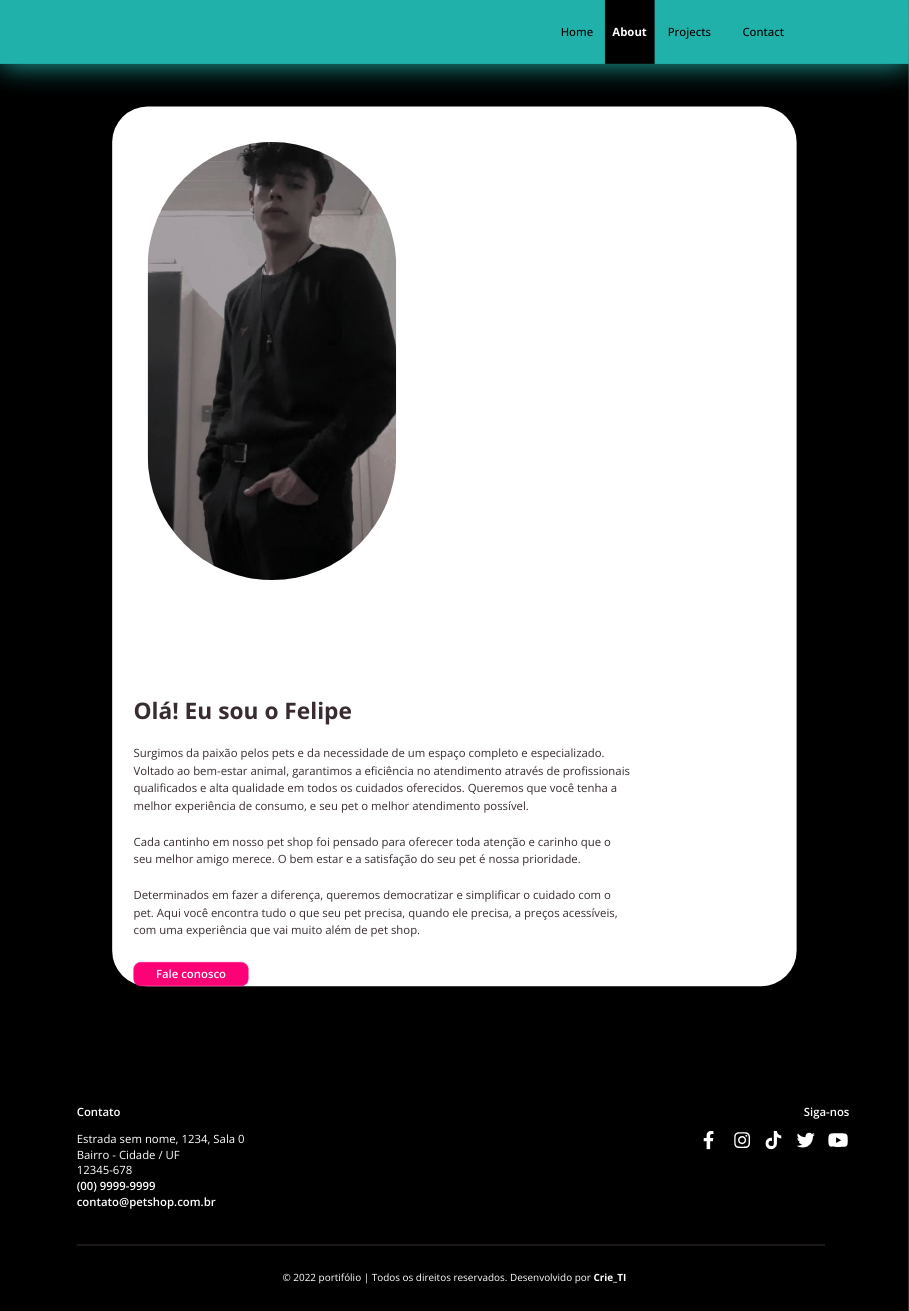
Repository: Fel1pit0/CRIE_TI
Page: Projetos/Portifólio/about.html
An editor plug-in stored every save of this project. The page is shown before and after a run of saves, followed by the edit.
The browser window is 1280 px wide. The pictures show the whole page, at 71% of full size.

Above is the page before, as saved 2022-05-25 14:55:25.

### Projetos/Portifólio/about.html
<!DOCTYPE html>
<html lang="en">
<head>
    <meta charset="UTF-8">
    <meta http-equiv="X-UA-Compatible" content="IE=edge">
    <meta name="viewport" content="width=device-width, initial-scale=1.0">
    <title>Portifólio</title>
    <link rel="stylesheet" href="styles.css">
    <link rel="preconnect" href="https://fonts.googleapis.com">
    <link rel="preconnect" href="https://fonts.gstatic.com" crossorigin>
    <link href="https://fonts.googleapis.com/css2?family=Roboto+Mono:wght@100&display=swap" rel="stylesheet">
</head>
<body>
    <header>
        <a href="index.html"></a>
        <nav class="pages">
          <div class="home-page"><a href="index.html">Home</a></div>
          <div class="about-page" style="background-color: black; color: #fff; font-weight: bold;"><a href="about.html">About</a></div>
          <div class="services-page"><a href="services.html">Projects</a></div>
          <div class="contact-page"><a href="contact.html">Contact</a></div>
        </nav>
    </header>

    <section id="about">
        <div>
          <img class="image-about" src="imagens/eu.jpeg" alt="minha-foto">
          <div class="desc-about">
            <h2>Olá! Eu sou o Felipe</h2>
            <p>Surgimos da paixão pelos pets e da necessidade de um espaço completo e especializado.<br/>
              Voltado ao bem-estar animal, garantimos a eficiência no atendimento através de profissionais qualificados e alta qualidade em todos os cuidados oferecidos. Queremos que você tenha a melhor experiência de consumo, e seu pet o melhor atendimento possível.<br/>
              <br>
              Cada cantinho em nosso pet shop foi pensado para oferecer toda atenção e carinho que o seu melhor amigo merece. O bem estar e a satisfação do seu pet é nossa prioridade.<br/>
              <br/>
              Determinados em fazer a diferença, queremos democratizar e simplificar o cuidado com o pet. Aqui você encontra tudo o que seu pet precisa, quando ele precisa, a preços acessíveis, com uma experiência que vai muito além de pet shop.
            </p>
              <div class="contact-button"><a href="contact.html">Fale conosco</a></div>
          </div>
        </div>
    </section>

      <footer>
        <div class="foot-logo"></div>
          <div class="row-foot">
            <div class="contact-foot">
              <p>Contato</p>
                <div class="desc-contact">
                    <span>
                    Estrada sem nome, 1234, Sala 0<br/>
                    Bairro - Cidade / UF<br/>
                    12345-678<br/>
                    </span>
                    <a href="tel:+550099999999">(00) 9999-9999</a><br/>
                    <a href="mailto:contato@petshop.com.br">contato@petshop.com.br</a><br/>
                </div>
            </div>
            <div class="time-foot">
            </div>
            <div class="follow-foot">
              <p>Siga-nos</p>
                <div class="desc-follow">
                    <div class="social-icons">
                        <div class="ico-social"><a href="https://www.facebook.com/"><svg xmlns="http://www.w3.org/2000/svg" viewBox="0 0 600 512"><!--! Font Awesome Pro 6.1.1 by @fontawesome - https://fontawesome.com License - https://fontawesome.com/license (Commercial License) Copyright 2022 Fonticons, Inc. --><path d="M279.14 288l14.22-92.66h-88.91v-60.13c0-25.35 12.42-50.06 52.24-50.06h40.42V6.26S260.43 0 225.36 0c-73.22 0-121.08 44.38-121.08 124.72v70.62H22.89V288h81.39v224h100.17V288z"/></svg></a></div>
                        <div class="ico-social"><a href="https://www.instagram.com/"><svg xmlns="http://www.w3.org/2000/svg" viewBox="0 0 600 512"><!--! Font Awesome Pro 6.1.1 by @fontawesome - https://fontawesome.com License - https://fontawesome.com/license (Commercial License) Copyright 2022 Fonticons, Inc. --><path d="M224.1 141c-63.6 0-114.9 51.3-114.9 114.9s51.3 114.9 114.9 114.9S339 319.5 339 255.9 287.7 141 224.1 141zm0 189.6c-41.1 0-74.7-33.5-74.7-74.7s33.5-74.7 74.7-74.7 74.7 33.5 74.7 74.7-33.6 74.7-74.7 74.7zm146.4-194.3c0 14.9-12 26.8-26.8 26.8-14.9 0-26.8-12-26.8-26.8s12-26.8 26.8-26.8 26.8 12 26.8 26.8zm76.1 27.2c-1.7-35.9-9.9-67.7-36.2-93.9-26.2-26.2-58-34.4-93.9-36.2-37-2.1-147.9-2.1-184.9 0-35.8 1.7-67.6 9.9-93.9 36.1s-34.4 58-36.2 93.9c-2.1 37-2.1 147.9 0 184.9 1.7 35.9 9.9 67.7 36.2 93.9s58 34.4 93.9 36.2c37 2.1 147.9 2.1 184.9 0 35.9-1.7 67.7-9.9 93.9-36.2 26.2-26.2 34.4-58 36.2-93.9 2.1-37 2.1-147.8 0-184.8zM398.8 388c-7.8 19.6-22.9 34.7-42.6 42.6-29.5 11.7-99.5 9-132.1 9s-102.7 2.6-132.1-9c-19.6-7.8-34.7-22.9-42.6-42.6-11.7-29.5-9-99.5-9-132.1s-2.6-102.7 9-132.1c7.8-19.6 22.9-34.7 42.6-42.6 29.5-11.7 99.5-9 132.1-9s102.7-2.6 132.1 9c19.6 7.8 34.7 22.9 42.6 42.6 11.7 29.5 9 99.5 9 132.1s2.7 102.7-9 132.1z"/></svg></a></div>
                        <div class="ico-social"><a href="https://www.tiktok.com/"><svg xmlns="http://www.w3.org/2000/svg" viewBox="0 0 600 512"><!--! Font Awesome Pro 6.1.1 by @fontawesome - https://fontawesome.com License - https://fontawesome.com/license (Commercial License) Copyright 2022 Fonticons, Inc. --><path d="M448,209.91a210.06,210.06,0,0,1-122.77-39.25V349.38A162.55,162.55,0,1,1,185,188.31V278.2a74.62,74.62,0,1,0,52.23,71.18V0l88,0a121.18,121.18,0,0,0,1.86,22.17h0A122.18,122.18,0,0,0,381,102.39a121.43,121.43,0,0,0,67,20.14Z"/></svg></a></div>
                        <div class="ico-social"><a href="https://twitter.com/"><svg xmlns="http://www.w3.org/2000/svg" viewBox="0 0 600 512"><!--! Font Awesome Pro 6.1.1 by @fontawesome - https://fontawesome.com License - https://fontawesome.com/license (Commercial License) Copyright 2022 Fonticons, Inc. --><path d="M459.37 151.716c.325 4.548.325 9.097.325 13.645 0 138.72-105.583 298.558-298.558 298.558-59.452 0-114.68-17.219-161.137-47.106 8.447.974 16.568 1.299 25.34 1.299 49.055 0 94.213-16.568 130.274-44.832-46.132-.975-84.792-31.188-98.112-72.772 6.498.974 12.995 1.624 19.818 1.624 9.421 0 18.843-1.3 27.614-3.573-48.081-9.747-84.143-51.98-84.143-102.985v-1.299c13.969 7.797 30.214 12.67 47.431 13.319-28.264-18.843-46.781-51.005-46.781-87.391 0-19.492 5.197-37.36 14.294-52.954 51.655 63.675 129.3 105.258 216.365 109.807-1.624-7.797-2.599-15.918-2.599-24.04 0-57.828 46.782-104.934 104.934-104.934 30.213 0 57.502 12.67 76.67 33.137 23.715-4.548 46.456-13.32 66.599-25.34-7.798 24.366-24.366 44.833-46.132 57.827 21.117-2.273 41.584-8.122 60.426-16.243-14.292 20.791-32.161 39.308-52.628 54.253z"/></svg></a></div>
                        <div class="ico-social"><a href="https://www.youtube.com/"><svg xmlns="http://www.w3.org/2000/svg" viewBox="0 0 600 512"><!--! Font Awesome Pro 6.1.1 by @fontawesome - https://fontawesome.com License - https://fontawesome.com/license (Commercial License) Copyright 2022 Fonticons, Inc. --><path d="M549.655 124.083c-6.281-23.65-24.787-42.276-48.284-48.597C458.781 64 288 64 288 64S117.22 64 74.629 75.486c-23.497 6.322-42.003 24.947-48.284 48.597-11.412 42.867-11.412 132.305-11.412 132.305s0 89.438 11.412 132.305c6.281 23.65 24.787 41.5 48.284 47.821C117.22 448 288 448 288 448s170.78 0 213.371-11.486c23.497-6.321 42.003-24.171 48.284-47.821 11.412-42.867 11.412-132.305 11.412-132.305s0-89.438-11.412-132.305zm-317.51 213.508V175.185l142.739 81.205-142.739 81.201z"/></svg></a></div>
                    </div>
                </div>
            </div>
          <div class="line-foot"></div>
          <div class="copy"><span>© 2022 portifólio | Todos os direitos reservados. Desenvolvido por <b>Crie_TI</b></span></div>
      </footer>
</body>
</html>

### Projetos/Portifólio/styles.css
@import url('https://fonts.googleapis.com/css2?family=Open+Sans:ital,wght@0,300;0,400;0,500;0,600;0,700;0,800;1,300;1,400;1,500;1,600;1,700;1,800&display=swap');
body{
  font-family: 'Open Sans', sans-serif;
  background-color: black;
}
.brand{
  width: 250px;
  margin-left: 50px;
}
header {
  background-color: #20B2AA;
  display: flex;
  align-items: center;
  position: fixed;
  padding: 0 50px;
  top: 0;
  left: 0px;
  right: 0px;
  height: 90px;
  box-shadow: 0 0 40px #20b2aa;
  z-index: 2;
}
.home-page, .about-page{
  display: inline-block;
  text-align: center;
  height: 90px;
  width: 70px;
}
.products-page, .services-page{
  display: inline-block;
  text-align: center;
  height: 90px;
  width: 90px;
}
.contact-page {
  display: inline-block;
  text-align: center;
  height: 90px;
  width: 110px;
}
.home-page a, .about-page a, .products-page a, .services-page a, .contact-page a{
  margin-top: 34px;
  margin-bottom: auto;
}
.pages {
  width: auto;
  font-weight: 450;
  justify-content: space-between;
  margin-left: auto;
  margin-right: 100px;
}
.pages a{
  color: inherit;
  text-decoration: none;
  display: inline-block;
}
.pages a:hover{
  color: #ff0077;
}
.banner {
  width: 100%;
  height: 600px;
  margin-top: 80px;
  object-fit: cover;
}
#our-services{
  text-align: center;
}
.sub-title{
  margin-top: 60px;
  text-align: center;
  color: #1A2138;
  font-size: 32px;
}
.column {
  display:inline-block;
  padding: 30px;
  width: 15%;
  height: 250px;
  vertical-align: middle;
}
.column a{
  color: inherit;
  text-decoration: none;
  display: inline-block;
}
.column a:hover svg{
  transform: matrix3d(1.176,-0.17,0.00,0,0.17,1.176,0.00,0,0,0,1,0,0,0,0,1);
  -webkit-transform: matrix3d(1.176,-0.17,0.00,0,0.17,1.176,0.00,0,0,0,1,0,0,0,0,1);
  transform-origin: center center 0px;
  transition: all 0.5s ease 0s;
  -webkit-transform-origin: center center 0px;
  -webkit-transition: all 0.5s ease 0s;
}
.service-ico{
  fill: #ff0077;
  width: 60px;
  margin: auto;
}
.service-name{
  text-align: center;
  font-weight: 600;
  color: #ff0077;
}
.service-description{
  text-align: center;
  width: 240px;
  color: #858585;
}
#description {
  width: 100%;
  height: 350px;
  background-color: #07f;
}
.desc-logo{
  margin-top: 60px ;
  margin-left: 100px;
  position: top;
  width: 18%;
  height: 80px;
}
.desc-text{
  color: #fff;
  margin: 0 100px 0 100px;
  font-size: large;
}
#products{
  margin-top: 5em;
  text-align: center;
}
.product-column {
  display:inline-block;
  margin-left: 20px;
  width: 10em;
  height: 20em;
}
.product-column a{
  color: inherit;
  text-decoration: none;
}
.product-column:hover{
  border: 1px solid #cecece;
  border-radius: 10px;
  transform: matrix3d(1.2,0,0.00,0,0.00,1.2,0.00,0,0,0,1,0,0,0,0,1);
  transform-origin: center center 0px;
  transition: all 0.5s ease 0s;
  -webkit-transform-origin: center center 0px;
  -webkit-transition: all 0.5s ease 0s;
}
.product-column:hover img{
  opacity: 60%;
}
.product-ico{
  width: 140px;
  margin: 10px auto;
}
.product-name{
  font-size: 14px;
  font-weight: 500;
  color: #858585;
  width: 10em;
  height: 6em;
  margin-right: auto;
  margin-left: auto;
}
.product-price{
  align-items: flex-end;
  color: #ff0077;
  font-weight: bold;
}
.row{
  margin-top: 2em;
}
.product-more{
  width: 8em;
  margin-left: auto;
  margin-right: auto;
}
.button{
  background-color: #ff0077;
  color: #fff;
  font-weight: 400;
  height: 2em;
  margin-top: 2em;
  border: 1px solid #f07;
  border-radius: 10px;
  display: flex;
  justify-content: center;
  align-items: center;
}
.button:hover{
  transform: scale(1.03);
  transform-origin: center center 0px;
  transition: all 0.5s ease 0s;
  -webkit-transform-origin: center center 0px;
  -webkit-transition: all 0.5s ease 0s;
}
.button a{
  color: inherit;
  text-decoration: none;
}
footer{
  background-color: black;
  color: #fff;
  width: 100%;
  height: 300px;
}
.foot-logo svg{
  width: 15%;
  margin-top: 50px;
  margin-left: 100px;
  margin-bottom: 20px;
}
.row-foot{
  display: inline-block;
  width: 100%;
}
.contact-foot{
  display: inline-block;
  width: 330px;
  margin-left: 100px;
}
.contact-foot p{
  font-weight: 600;
  font-size: 16px;
}
.contact-foot a{
  color: inherit;
  text-decoration: none;
  font-weight: 600;
}
.desc-contact span{
  font-weight: lighter;
  width: 250px;
}
.time-foot{
  vertical-align: top;
  display: inline-block;
  width: 400px;
  text-align: center;
  font-weight: 600;
  font-size: 16px;
}
.desc-time span{
  margin-bottom: 0;
  font-weight: 100;
  width: 400px;
}
.follow-foot{
  vertical-align: top;
  display: inline-block;
  width: 300px;
  height: 20px;
  margin-left: 50px;
  text-align: right;
  font-weight: 600;
}
.ico-social{
  display: inline-block;
  margin: 0 0 0 10px;
  height: 30px;
  width: 30px;
}
.ico-social a{
  display: inline-block;
  width: 30px;
  vertical-align: top;
  margin: 0 0 30px;
  fill: #fff;
}
.ico-social:hover{
  transform: matrix3d(1.2,-0.26,0.00,0,0.26,1.164,0.00,0,0,0,1,0,0,0,0,1);
  transform-origin: center center 0px;
  transition: all 0.5s ease 0s;
  -webkit-transform-origin: center center 0px;
  -webkit-transition: all 0.5s ease 0s;
}
.line-foot{
  background-color: #ffd8ea;
  opacity: 30%;
  margin: 50px 110px 0 100px;
  width: auto;
  height: 1px;
}
.copy{
  margin-top: 35px;
  font-weight:lighter;
  font-size: 14px;
  text-align: center;
}
#about{
  margin-bottom: 5em;
  background-color: white;
  margin: 150px;
  border-radius: 50px;
}
.image-about{
  display: inline-block;
  width: 350px;
  height: auto;
  margin: 50px 0 0 50px;
  border-radius: 10000px;
}
.desc-about{
  display: inline-block;
  margin: 130px 0 0 30px;
  width: 700px;
  vertical-align: top;
}
.desc-about h2{
  color: #382c32;
  font-size: 32px;
}
.desc-about p{
  color: #382c32;
  font-size: 16px;
  font-weight: lighter;
  line-height: 25px;
}
.contact-button{
  width: 10em;
  background-color: #ff0077;
  color: #fff;
  font-size: 16px;
  font-weight: 600;
  height: 2em;
  margin-top: 2em;
  border: 1px solid #f07;
  border-radius: 10px;
  display: flex;
  justify-content: center;
  align-items: center;
}
.contact-button a{
  color: inherit;
  text-decoration: none;
  width: 10em;
  text-align: center;
}
.contact-button:hover{
  transform: scale(1.03);
  transform-origin: center center 0px;
  transition: all 0.5s ease 0s;
  -webkit-transform-origin: center center 0px;
  -webkit-transition: all 0.5s ease 0s;
}
.products-title{
  font-size: 32px;
  text-align: left;
  margin-top: 150px;
  margin-left: 100px;
  color: #1A2138;
}
#services{
  margin-top: 90px;
}
#products{
  margin-bottom: 5em;
}
.shower{
  background-image: url(Imagens/Serviços/bath-and-groom.jpg);
  height: 350px;
  background-size: 500px 350px;
  background-position: left;
  background-repeat: no-repeat;
}
.desc-shower{
  display: inline-block;
  width: 600px;
  vertical-align: top;
  margin: 0 0 0 550px;
}
.desc-shower h3{
  color: #f07;
  font-size: 24px;
  font-weight: 400
}
.desc-shower span{
  color: #382c32;
  font-size: 18px;
  font-weight: 400;
  line-height: 25px;
}
.desc-shower p{
  color: #382c32;
  opacity: 80%;
  font-size: 16px;
  font-weight: 400;
  line-height: 25px;
}
.medic{
  background-color: #f07;
  background-image: url(Imagens/Serviços/medical-center.jpg);
  height: 350px;
  background-size: 500px 350px;
  background-position: right;
  background-repeat: no-repeat;
}
.desc-medic{
  display: inline-block;
  width: 650px;
  vertical-align: top;
  margin: 10px 0 0 100px;
  text-align: right;
}
.desc-medic h3{
  color: #fff;
  font-size: 24px;
  font-weight: 400
}
.desc-medic span{
  color: #fff;
  font-size: 18px;
  font-weight: 500;
  line-height: 30px;
}
.desc-medic p{
  color: #fff;
  opacity: 80%;
  font-size: 16px;
  font-weight: 100;
  line-height: 30px;
}
.drug{
  background-color: #07f;
  background-image: url(Imagens/Serviços/drugstore.jpg);
  height: 350px;
  background-size: 500px 350px;
  background-position: left;
  background-repeat: no-repeat;
}
.desc-drug{
  display: inline-block;
  width: 600px;
  vertical-align: top;
  margin: 30px 0 0 550px;
}
.desc-drug h3{
  color: #fff;
  font-size: 24px;
  font-weight: 400
}
.desc-drug span{
  color: #fff;
  font-size: 18px;
  font-weight: 400;
  line-height: 25px;
}
.desc-drug p{
  color: #fff;
  opacity: 80%;
  font-size: 16px;
  font-weight: 400;
  line-height: 25px;
}
.delivery{
  background-color: #FF320D;
  background-image: url(Imagens/Serviços/delivery.jpg);
  height: 350px;
  background-size: 500px 700px;
  background-position: right;
  background-repeat: no-repeat;
}
.desc-delivery{
  display: inline-block;
  width: 650px;
  vertical-align: top;
  margin: 50px 0 0 100px;
  text-align: right;
}
.desc-delivery h3{
  color: #fff;
  font-size: 24px;
  font-weight: 400
}
.desc-delivery span{
  color: #fff;
  font-size: 18px;
  font-weight: 500;
  line-height: 30px;
}
.desc-delivery p{
  color: #fff;
  opacity: 80%;
  font-size: 16px;
  font-weight: 100;
  line-height: 30px;
}
.pick{
  background-color: #C10DFF;
  background-image: url(Imagens/Serviços/pick-up.jpg);
  height: 350px;
  background-size: 500px 350px;
  background-position: left;
  background-repeat: no-repeat;
}
.desc-pick{
  display: inline-block;
  width: 600px;
  vertical-align: top;
  margin: 50px 0 0 550px;
}
.desc-pick h3{
  color: #fff;
  font-size: 24px;
  font-weight: 400
}
.desc-pick span{
  color: #fff;
  font-size: 18px;
  font-weight: 400;
  line-height: 25px;
}
.desc-pick p{
  color: #fff;
  opacity: 80%;
  font-size: 16px;
  font-weight: 400;
  line-height: 25px;
}
.care{
  background-color: #6cf515;
  background-image: url(Imagens/Serviços/daycare.jpg);
  height: 350px;
  background-size: 500px 350px;
  background-position: right;
  background-repeat: no-repeat;
}
.desc-care{
  display: inline-block;
  width: 650px;
  vertical-align: top;
  margin: 30px 0 0 100px;
  text-align: right;
}
.desc-care h3{
  color: #fff;
  font-size: 24px;
  font-weight: 400
}
.desc-care span{
  color: #fff;
  font-size: 18px;
  font-weight: 500;
  line-height: 30px;
}
.desc-care p{
  color: #fff;
  opacity: 80%;
  font-size: 16px;
  font-weight: 100;
  line-height: 30px;
}
.hotel{
  background-color: #353535;
  height: 350px;
}
.hotel-img{
  width: 500px;
  height: 350px;

}
.desc-hotel{
  display: inline-block;
  width: 650px;
  vertical-align: top;
  margin: 50px 0 0 50px;
}
.desc-hotel h3{
  color: #fff;
  font-size: 24px;
  font-weight: 400
}
.desc-hotel span{
  color: #fff;
  font-size: 18px;
  font-weight: 400;
  line-height: 25px;
}
.desc-hotel p{
  color: #fff;
  opacity: 80%;
  font-size: 16px;
  font-weight: 300;
  line-height: 25px;
  width: 600px;
}
#talk{
  margin-bottom: 5em;
  width: 100%;
}
.inputs{
  display: inline-block;
  margin-left: 100px;
  width: 50%;
}
.input-name{
  color: #858585;
  font-size: 14px;
}
.form-item{
  width: 100%;
  min-height: 35px;
  margin-bottom: 20px;
  border: 1px solid #858585;
  border-radius: 5px;
  box-sizing: border-box;
  background-color: #fff;
  font-size: 16px;
}
.send-button{
  width: 7em;
  background-color: #ff0077;
  color: #fff;
  font-size: 16px;
  font-weight: 600;
  height: 40px;
  border: 1px solid #f07;
  border-radius: 10px;
  justify-content: center;
  align-items: center;
}
.send-button a{
  color: inherit;
  text-decoration: none;
  width: 10em;
  text-align: center;
}
.send-button:hover{
  transform: scale(1.03);
  transform-origin: center center 0px;
  transition: all 0.5s ease 0s;
  -webkit-transform-origin: center center 0px;
  -webkit-transition: all 0.5s ease 0s;
}
.infos{
  width: 450px;
  display: inline-block;
  margin-left: 30px;
}
.info-item{
  font-size: 13px;
  font-weight: 600;
  color: #858585;
  margin-bottom: 0px;
}
.infos a{
  color: #f07;
  text-decoration: none;
  font-size: 16px;
  font-weight: 600;
}

After the next 2 saves:
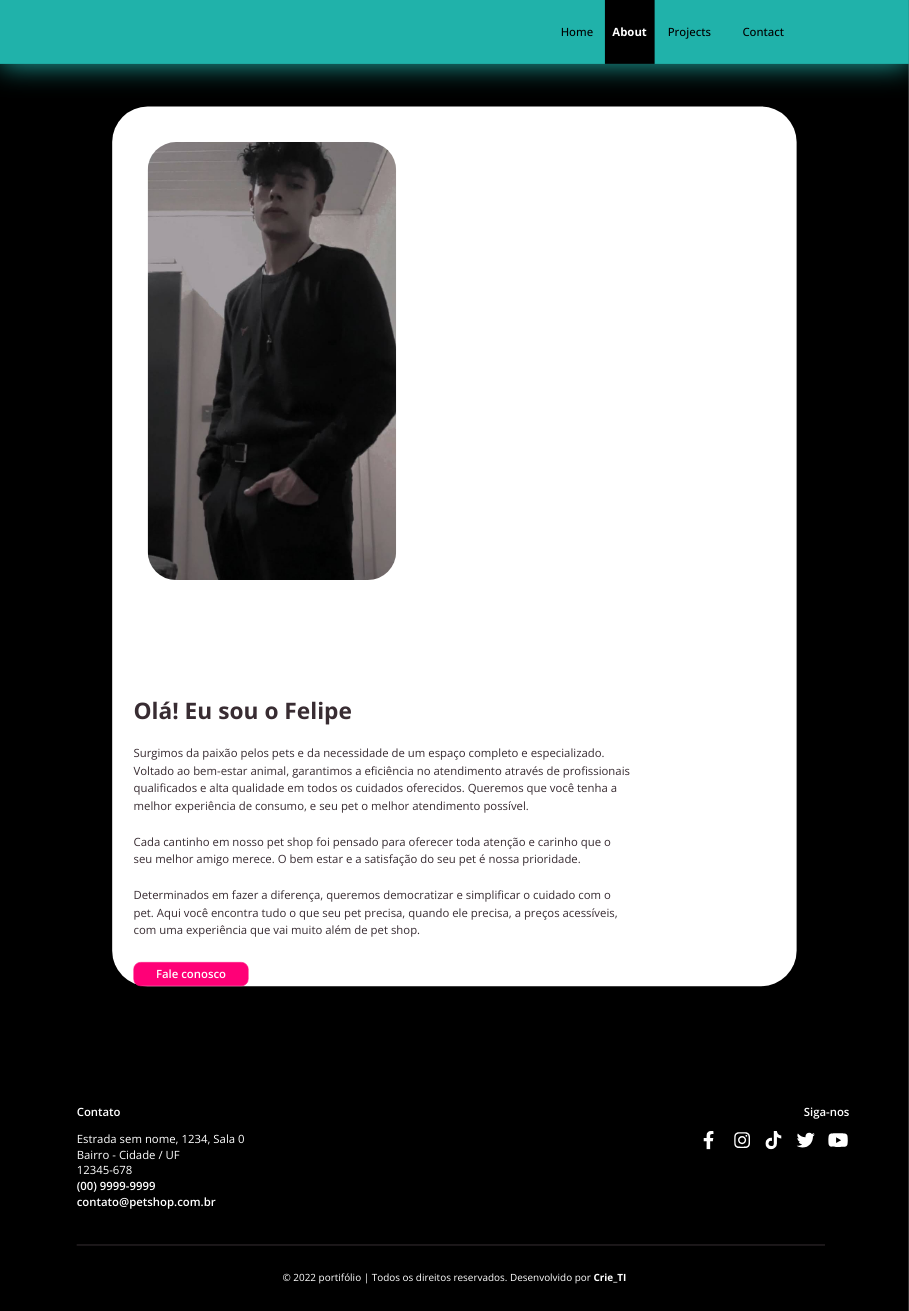
The 2 saves are shown as one change because they came seconds apart.
The last was saved 9 s later.
--- a/Projetos/Portifólio/styles.css
+++ b/Projetos/Portifólio/styles.css
@@ -299,7 +299,7 @@ footer{
   width: 350px;
   height: auto;
   margin: 50px 0 0 50px;
-  border-radius: 10000px;
+  border-radius: 40px;
 }
 .desc-about{
   display: inline-block;
